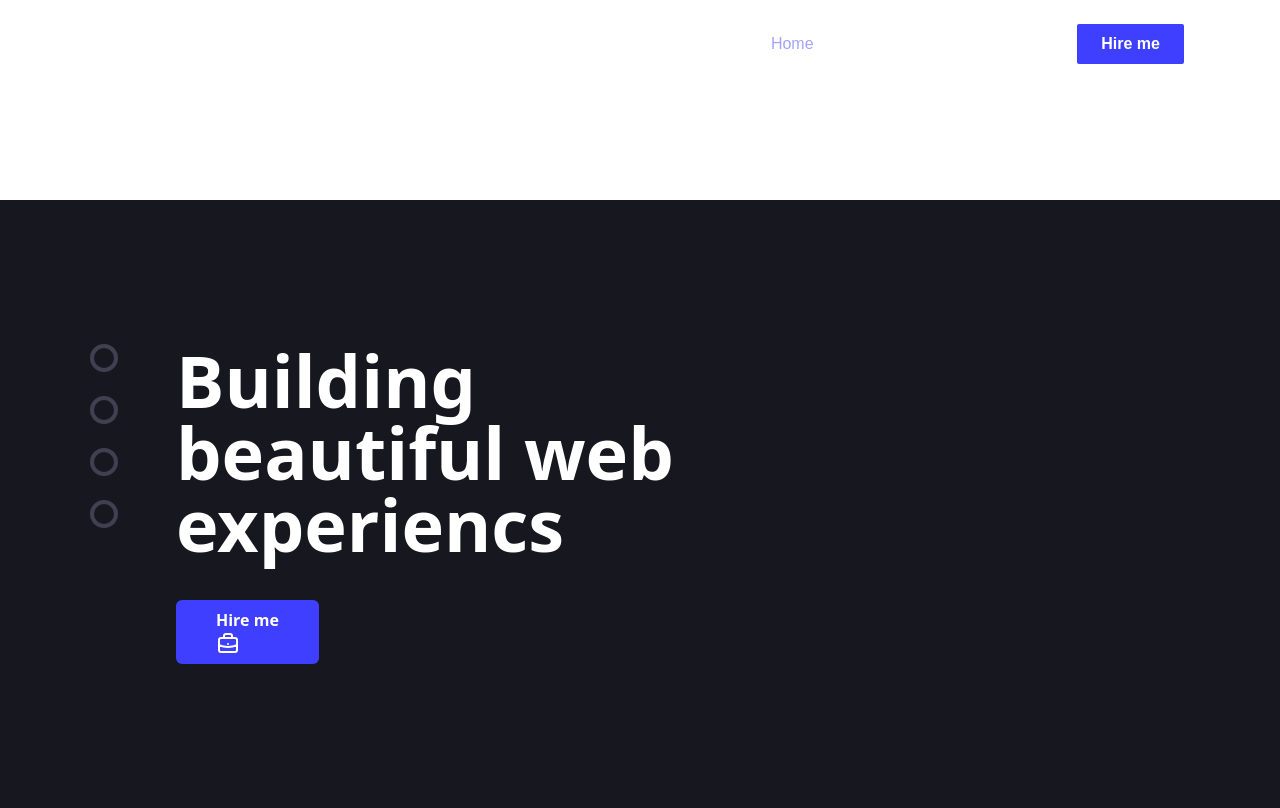
Repository: Alex0715/portfolio
Page: /
An editor plug-in stored every save of this project. The page is shown before and after the next save, followed by the edit.
The browser window is 1280 px wide. The pictures show the whole page.
The project was rebuilt for these pictures with package versions that can differ from the ones it lists, and the page was loaded fresh each time. The framework's server and built-in components were replaced by stand-ins that run in the browser. Also part of the build but not shown: next.config.js.

Above is the page before, as saved 2022-02-03 22:20:30.

### pages/index.js
import Head from 'next/head'
import Banner from './components/Banner'
import Header from './components/header'



export default function Home() {
  return (
    <div>
      <Header/>
      <body className='bg-body'>
        <Banner/>
      </body>
    </div>

  )
}

### styles/globals.css
@tailwind base;
@tailwind components;
@tailwind utilities;

body{
    scroll-behavior: smooth;
}
.left-50{
    left: 50%;
}
.right-50{
    right: 50%;
}
.top-50{
    top:50%;
}

.nav-dot:hover span{
    opacity:1;
}

### pages/components/Banner.js

function Banner() {
  return (<div className="container mt-16 flex justify-between items-center mx-auto text-white px-8 md:px-14 lg:px-24 w-full">
      <div className="flex flex-wrap md:flex-nowrap">
        <nav className="inline-block lg:mr-24 lg:w-4 fixed left-percentage hidden xl:block">
        <div className="absolute left-50 transform -translate-x-1/2 space-y-6 mt-36">
        <a href="#" className="nav-dot selected-circle block w-7 h-7 rounded-full border-4 border-nav bg-body hover:bg-theme">
        <span className="bg-black px-2 py-1 rounded-md ml-10 opacity-0">Home</span></a>

        <a href="#" className="nav-dot selected-circle block w-7 h-7 rounded-full border-4 border-nav bg-body hover:bg-theme">
        <span className="bg-black px-2 py-1 rounded-md ml-10 opacity-0">Works</span></a>

        <a href="#" className="nav-dot selected-circle block w-7 h-7 rounded-full border-4 border-nav bg-body hover:bg-theme">
        <span className="bg-black px-2 py-1 rounded-md ml-10 opacity-0">Clients</span></a>

        <a href="#" className="nav-dot selected-circle block w-7 h-7 rounded-full border-4 border-nav bg-body hover:bg-theme">
        <span className="bg-black px-2 py-1 rounded-md ml-10 opacity-0">Hire!</span></a>

        </div>
        </nav>
        <br/>

        <div className="flex flex-wrap lg:ml-20 justify-center md:justify-start max-w-xl mt-0 md:my-36">
          <h1 className="font-bold text-5xl md:text-6xl lg:text-7xl text-center md:text-left">Building <br/> beautiful web experiencs</h1>
          <div className="flex mt-10">
          <a href="#"><button className="bg-theme px-10 py-2 font-bold rounded-md justify-center items-center">Hire me
          <svg xmlns="http://www.w3.org/2000/svg" className="h-6 w-6 " fill="none" viewBox="0 0 24 24" stroke="currentColor">
  <path strokeLinecap="round" strokeLinejoin="round" strokeWidth={2} d="M21 13.255A23.931 23.931 0 0112 15c-3.183 0-6.22-.62-9-1.745M16 6V4a2 2 0 00-2-2h-4a2 2 0 00-2 2v2m4 6h.01M5 20h14a2 2 0 002-2V8a2 2 0 00-2-2H5a2 2 0 00-2 2v10a2 2 0 002 2z" />
</svg>
          </button></a>
          </div>
          </div>

      </div>
      </div>


  )
}

export default Banner;

### pages/components/Header.js

function Header() {
  return (
  <div className="font-poppins pb-12 ">
  <header className="text-white container py-6 flex justify-between items-center mx-auto px-8 md:px-14 lg:px-24 w-full">
      <div className="text-white text-3xl">Chirantan Bose</div>
      <div className="hidden md:flex space-x-12 items-center">
        <a href="#" className="text-selected-text">Home</a>
        <a href="#">My Works</a>
        <a href="#">Clients</a>
        <a href="#"><button className="bg-theme px-6 py-2 font-bold rounded-sm">Hire me</button></a>
      </div>
      <div className="md:hidden text-white">
      <svg xmlns="http://www.w3.org/2000/svg" className="h-7 w-7" viewBox="0 0 20 20" fill="currentColor">
  <path fillRule="evenodd" d="M3 5a1 1 0 011-1h12a1 1 0 110 2H4a1 1 0 01-1-1zM3 10a1 1 0 011-1h12a1 1 0 110 2H4a1 1 0 01-1-1zM9 15a1 1 0 011-1h6a1 1 0 110 2h-6a1 1 0 01-1-1z" clipRule="evenodd" />
</svg>
      </div>
  </header>
  </div>
  )
}

export default Header;

Loaded but not shown: pages/_app.tsx (common file); tailwind.config.js (common file)

After the next save:
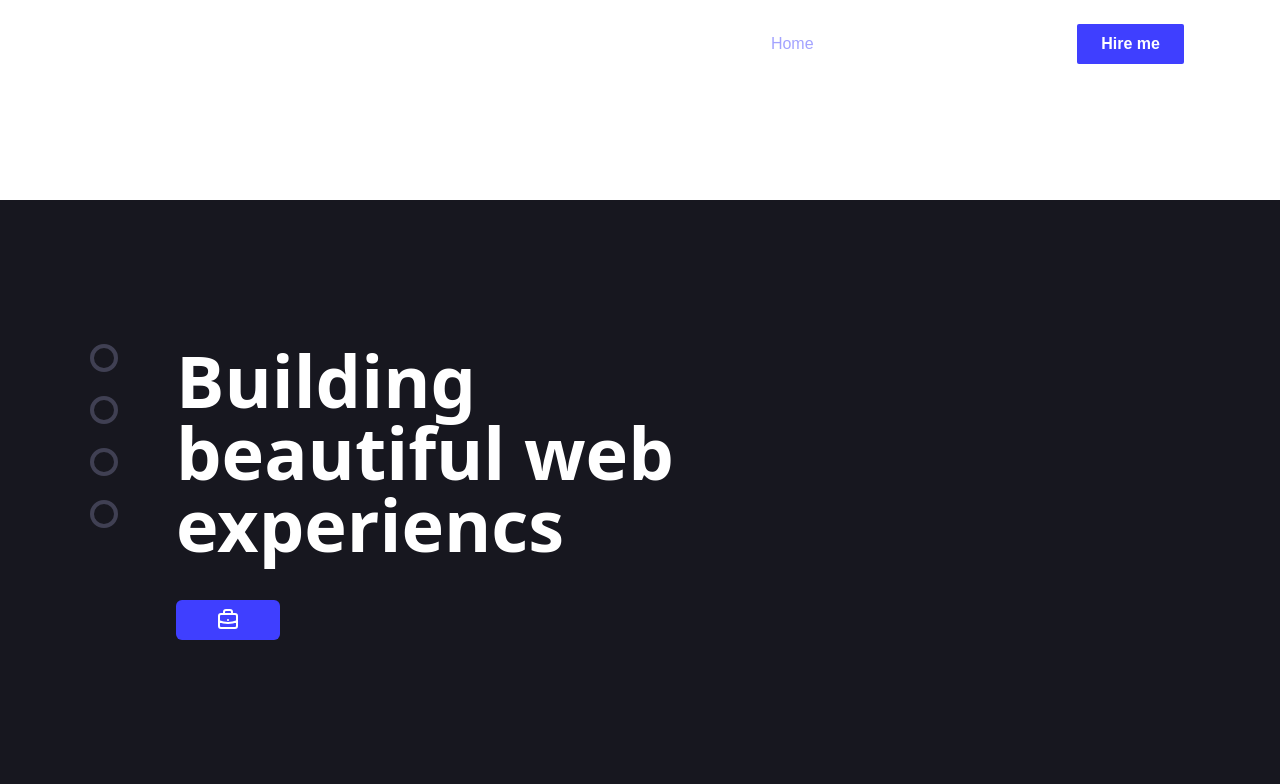
Saved 36 s later.
--- a/pages/components/Banner.js
+++ b/pages/components/Banner.js
@@ -23,7 +23,7 @@
         <div className="flex flex-wrap lg:ml-20 justify-center md:justify-start max-w-xl mt-0 md:my-36">
           <h1 className="font-bold text-5xl md:text-6xl lg:text-7xl text-center md:text-left">Building <br/> beautiful web experiencs</h1>
           <div className="flex mt-10">
-          <a href="#"><button className="bg-theme px-10 py-2 font-bold rounded-md justify-center items-center">Hire me
+          <a href="#"><button className="bg-theme px-10 py-2 font-bold rounded-md justify-center items-center">
           <svg xmlns="http://www.w3.org/2000/svg" className="h-6 w-6 " fill="none" viewBox="0 0 24 24" stroke="currentColor">
   <path strokeLinecap="round" strokeLinejoin="round" strokeWidth={2} d="M21 13.255A23.931 23.931 0 0112 15c-3.183 0-6.22-.62-9-1.745M16 6V4a2 2 0 00-2-2h-4a2 2 0 00-2 2v2m4 6h.01M5 20h14a2 2 0 002-2V8a2 2 0 00-2-2H5a2 2 0 00-2 2v10a2 2 0 002 2z" />
 </svg>
